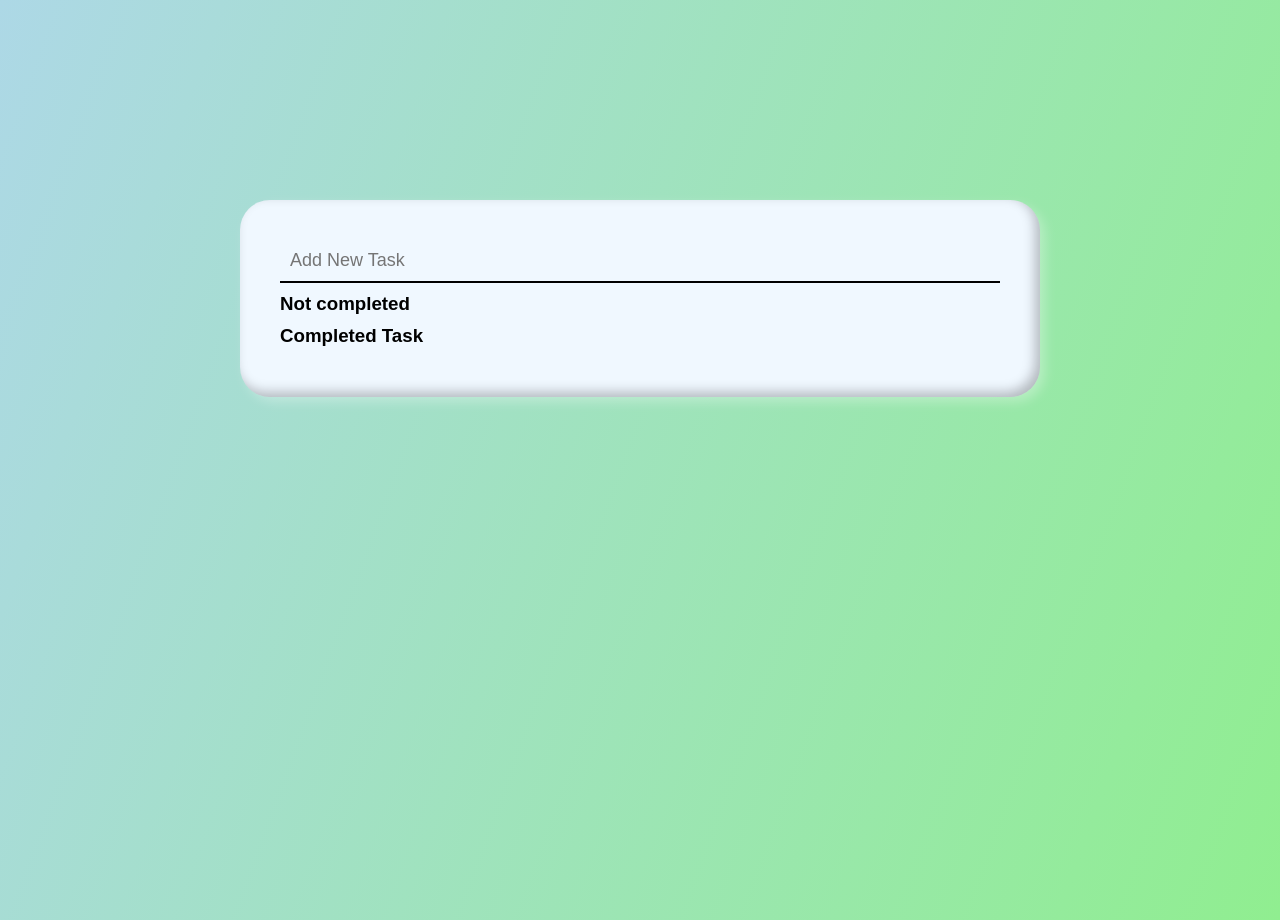
Repository: Mayur2905/OIBSIP
Page: Task-6/index.html
An editor plug-in stored every save of this project. The page is shown before and after the next save, followed by the edit.
The browser window is 1280 px wide. The pictures show the whole page.

Above is the page before, as saved 2022-02-05 21:48:58.

After the next save:
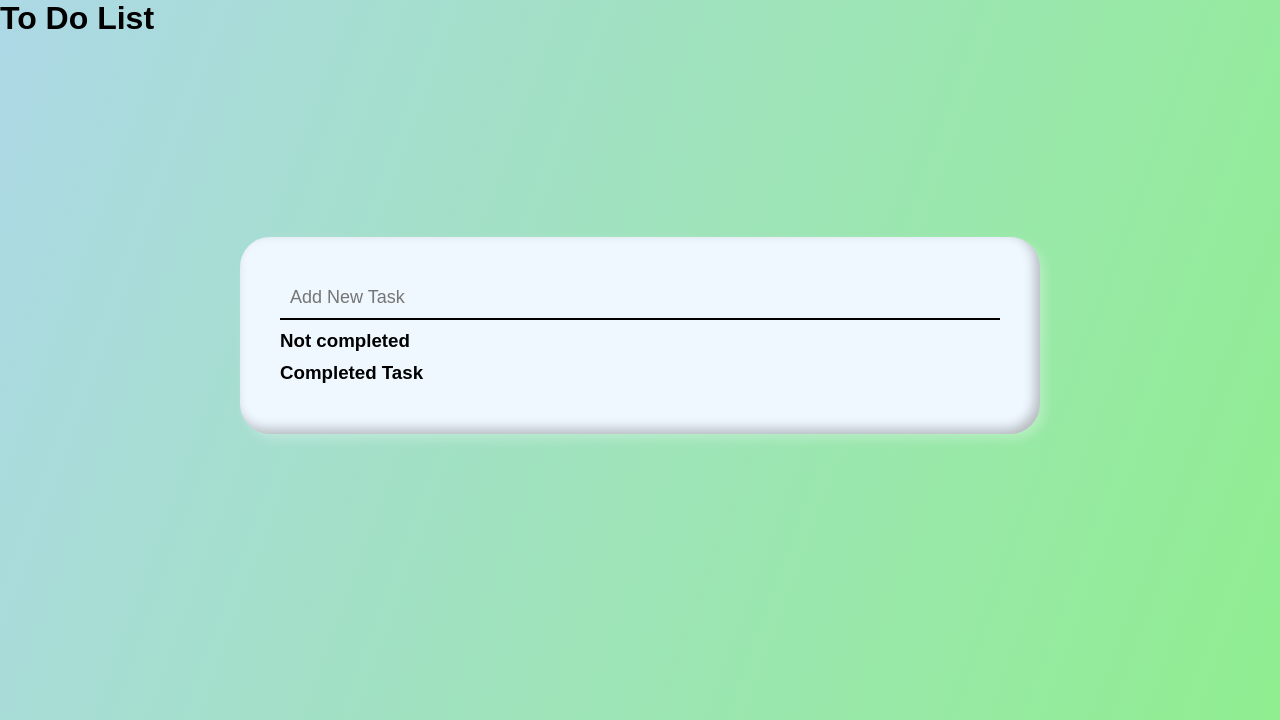
Saved 61 s later.
--- a/Task-6/index.html
+++ b/Task-6/index.html
@@ -10,6 +10,7 @@
     <title>To Do List</title>
 </head>
 <body>
+    <h1>To Do List</h1>
     <div class="container">
         <div class="todo">
             <input type="text" class="textb" placeholder="Add New Task">
